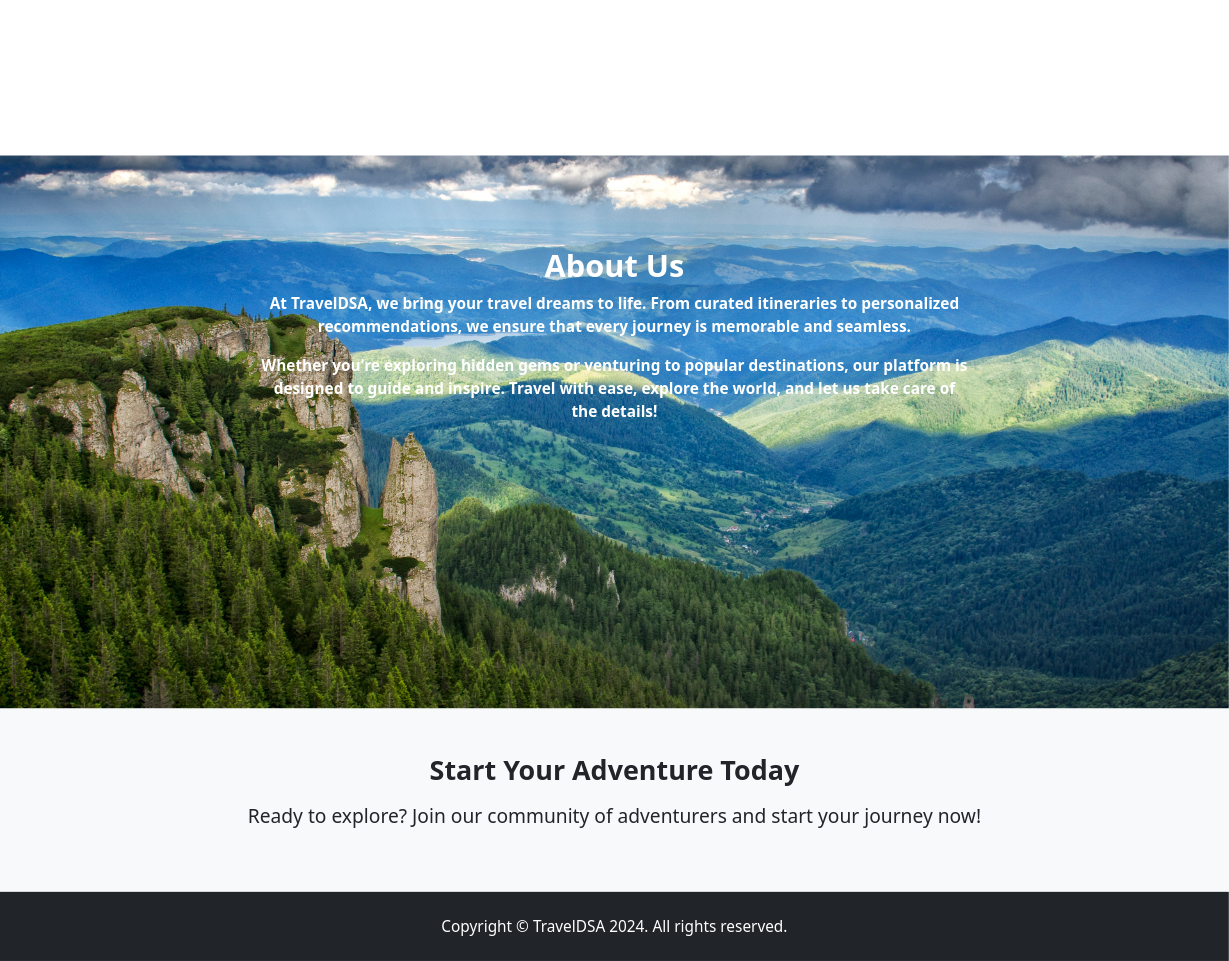
Repository: bettowww/TravelDSA
Page: /home
The author's editor kept a copy of each file at every save. The page is drawn from the files as they stood at one save, then again after the next save.
The browser window is 1280 px wide. The pictures show the whole page, at 96% of full size.
The project was rebuilt for these pictures with package versions that can differ from the ones it lists, and the page was loaded fresh each time. The framework's server and built-in components were replaced by stand-ins that run in the browser. Also part of the build but not shown: next.config.mjs.

Above is the page before, as saved 2024-12-10 13:55:41.

### app/home/page.jsx
"use client";

// import React, { useState } from "react";
// import { useRouter } from "next/navigation";

import "../../styles/home.css"; // Importă stilurile CSS
import "bootstrap/dist/css/bootstrap.min.css"; // Import Bootstrap CSS

const HomePage = () => {
  // const router = useRouter(); // Pentru navigare

  return (
    <div>
      {/* Header Section */}
      <header>
        <div className="text-center my-5">

          <h1 className="text-white fs-3 fw-bolder">Welcome to TravelDSA</h1>
          <p className="text-white-50 mb-0">
            Your trusted travel companion for exploring the world.
          </p>
        </div>
      </header>

      {/* About Us Section */}
      <section
        className="py-5 about-us-section"
        style={{
          backgroundImage: `url("/pictures/homepage.jpg")`,
          backgroundSize: "cover",
          backgroundPosition: "center",
          backgroundRepeat: "no-repeat",
          color: "#fff",
          padding: "80px 20px", // Increase padding for larger content area
          minHeight: "80vh", // Ensure the section spans at least the full height of the viewport
        }}
      >
        <div className="container my-5">
          <div className="row justify-content-center">
            <div className="col-lg-8 text-center">
              <h2 className="fw-bold">About Us</h2>
              <p className="fw-bold">
                At TravelDSA, we bring your travel dreams to life. From curated
                itineraries to personalized recommendations, we ensure that
                every journey is memorable and seamless.
              </p>
              <p className="fw-bold">
                Whether you're exploring hidden gems or venturing to popular
                destinations, our platform is designed to guide and inspire.
                Travel with ease, explore the world, and let us take care of the
                details!
              </p>
            </div>
          </div>
        </div>
      </section>


      {/* Call to Action Section */}
      <section className="py-5 bg-light">
        <div className="container text-center">
          <h3 className="fw-bold mb-3">Start Your Adventure Today</h3>
          <p className="lead">
            Ready to explore? Join our community of adventurers and start your
            journey now!
          </p>
        </div>
      </section>

      {/* Footer */}
      <footer className="py-4 bg-dark">
        <div className="container">
          <p className="m-0 text-center text-white">
            Copyright &copy; TravelDSA 2024. All rights reserved.
          </p>
        </div>
      </footer>
    </div>
  );
};

export default HomePage;

Loaded but not shown: styles/home.css (library)

After the next save:
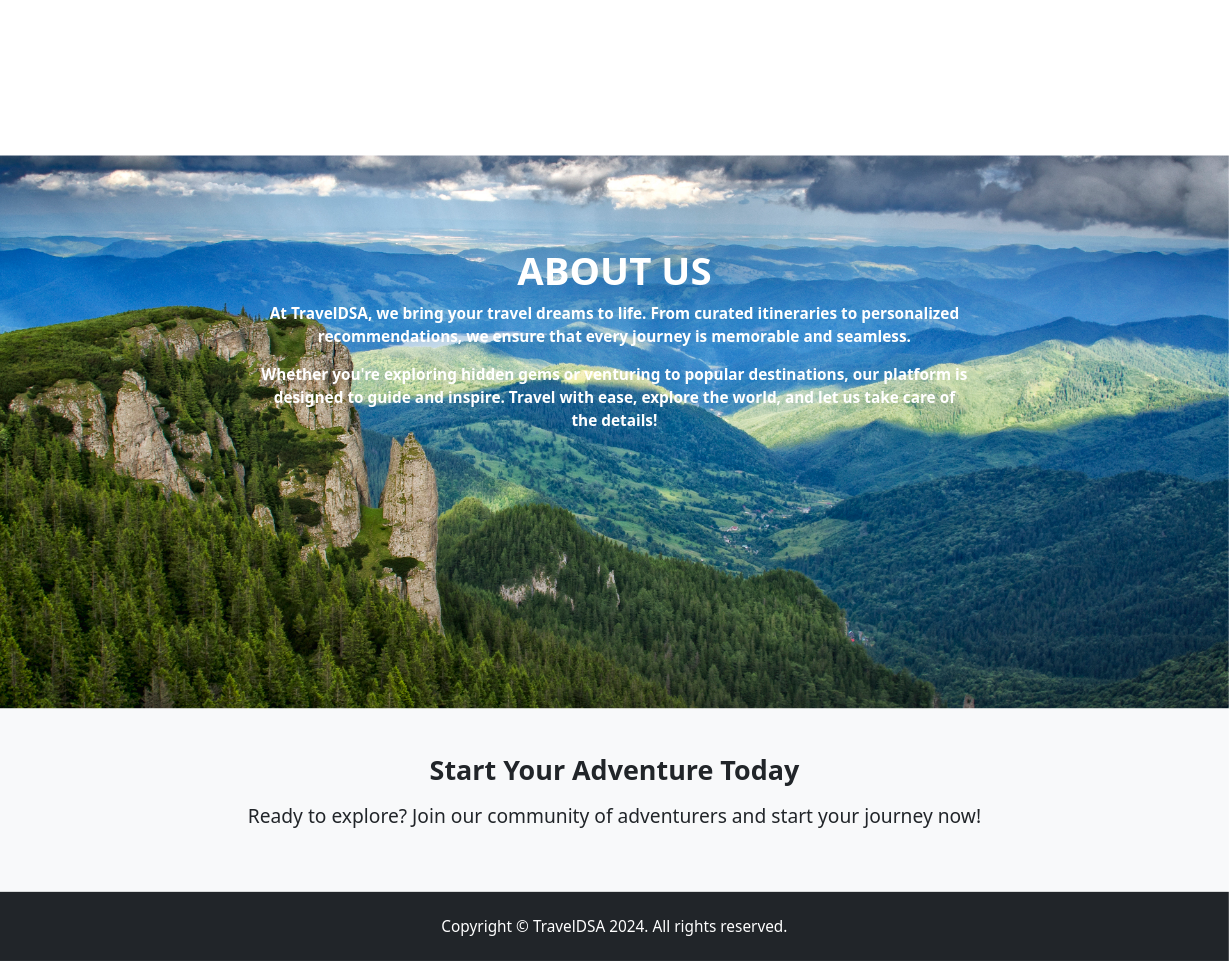
Saved 19 s later.
--- a/app/home/page.jsx
+++ b/app/home/page.jsx
@@ -38,7 +38,7 @@ const HomePage = () => {
         <div className="container my-5">
           <div className="row justify-content-center">
             <div className="col-lg-8 text-center">
-              <h2 className="fw-bold">About Us</h2>
+              <h2 className="text-white display-6 fw-bold text-uppercase">About Us</h2>
               <p className="fw-bold">
                 At TravelDSA, we bring your travel dreams to life. From curated
                 itineraries to personalized recommendations, we ensure that
